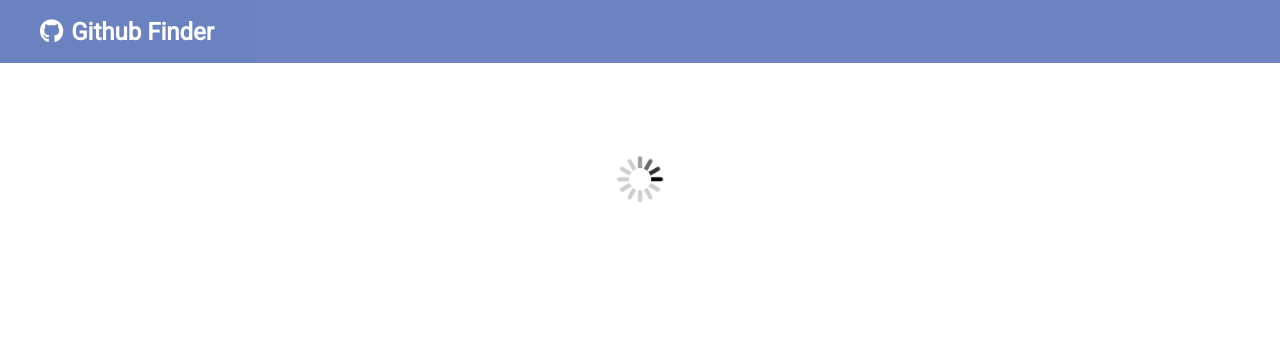
Repository: nuvallo/Github-Finder-Application
Page: / (app in app/)
The author's editor kept a copy of each file at every save. The page is drawn from the files as they stood at one save, then again after the next save.
The browser window is 1280 px wide. The pictures show the whole page.
The page's requests for data from a server got no answer. Some web libraries are served in a nearby version. The project was rebuilt for these pictures with package versions that can differ from the ones it lists, and the page was loaded fresh each time. No one was signed in, and anything a server would have sent is missing. Also part of the build but not shown: app/src/components/users/UserItem.js.

Above is the page before, as saved 2020-03-19 21:05:25.

### app/public/index.html
<!DOCTYPE html>
<html lang="en">
  <head>
    <meta charset="utf-8" />
    <link rel="icon" href="%PUBLIC_URL%/favicon.ico" />
    <meta name="viewport" content="width=device-width, initial-scale=1" />
    <meta name="theme-color" content="#000000" />
    <meta
      name="description"
      content="Web site created using create-react-app"
    />
    <link rel="apple-touch-icon" href="%PUBLIC_URL%/logo192.png" />

    <link rel="manifest" href="%PUBLIC_URL%/manifest.json" />
    <title>Github Finder</title>
  </head>
  <body>
    <script
      src="https://kit.fontawesome.com/4a895a1c52.js"
      crossorigin="anonymous"
    ></script>
    <noscript>You need to enable JavaScript to run this app.</noscript>
    <div id="root"></div>
  </body>
</html>

### app/src/App.js
import React, { Component } from "react";
import Navbar from "./components/layout/Navbar";
import Users from "./components/users/Users";
import Search from "./components/users/Search";
import axios from "axios";
import "./App.css";

class App extends Component {
  state = {
    users: [],
    loading: false
  };

  async componentDidMount() {
    console.log(process.env.REACT_APP_GITHUB_CLIENT_ID);
    this.setState({ loading: true });
    const res = await axios.get(
      `https://api.github.com/users?client_id=${process.env.REACT_APP_GITHUB_CLIENT_ID}&client_secret=${process.env.REACT_APP_GITHUB_SECRET}`
    );

    this.setState({ users: res.data, loading: false });
  }
  render() {
    return (
      <div className="App">
        <Navbar />
        <div className="container">
          <Users loading={this.state.loading} users={this.state.users} />
        </div>
      </div>
    );
  }
}

export default App;

### app/src/components/layout/Navbar.js
import React from "react";
import PropTypes from "prop-types";

const Navbar = ({ icon, title }) => {
  return (
    <nav className="navbar bg-primary">
      <h1>
        <i className={icon} />
        {title}
      </h1>
    </nav>
  );
};

// Default props if none are passed
Navbar.defaultProps = {
  title: "Github Finder",
  icon: "fab fa-github p"
};

Navbar.propTypes = {
  title: PropTypes.string.isRequired,
  icon: PropTypes.string.isRequired
};

export default Navbar;

### app/src/components/users/Users.js
import React from "react";
import UserItem from "../users/UserItem";
import Spinner from "../layout/Spinner";
import PropTypes from "prop-types";

const Users = ({ users, loading }) => {
  if (loading) {
    return <Spinner />;
  } else {
    return (
      <div style={userStyle}>
        {users.map(user => {
          return <UserItem key={user.id} user={user} />;
        })}
      </div>
    );
  }
};

Users.propTypes = {
  users: PropTypes.array.isRequired,
  loading: PropTypes.bool.isRequired
};

const userStyle = {
  display: "grid",
  gridTemplateColumns: "repeat(3, 1fr)",
  gridGap: "1rem"
};

export default Users;

### app/src/components/layout/Spinner.js
import React, { Fragment } from "react";
import spinner from "./spinner.gif";

const Spinner = () => {
  return (
    <Fragment>
      <img
        src={spinner}
        alt="loading..."
        style={{ width: "200px", margin: "auto", display: "block" }}
      ></img>
    </Fragment>
  );
};

export default Spinner;

### app/src/components/users/Search.js
import React, { Component } from "react";

class Search extends Component {
  render() {
    return (
      <div>
        <form className="form">
          <input type="text" name="text" placeholder="Search Users" />
          <button
            type="submit"
            value="Search"
            className="btn btn-dark btn-block"
          >
            Search
          </button>
        </form>
      </div>
    );
  }
}
export default Search;

Loaded but not shown: app/src/index.js (common file); app/src/App.css (common file)

After the next save:
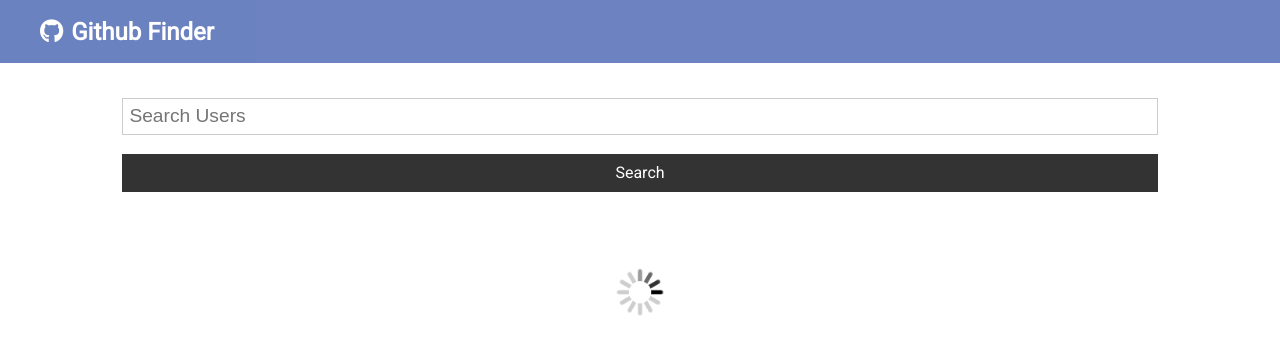
Saved 10 s later.
--- a/app/src/App.js
+++ b/app/src/App.js
@@ -25,6 +25,7 @@ class App extends Component {
       <div className="App">
         <Navbar />
         <div className="container">
+          <Search />
           <Users loading={this.state.loading} users={this.state.users} />
         </div>
       </div>
